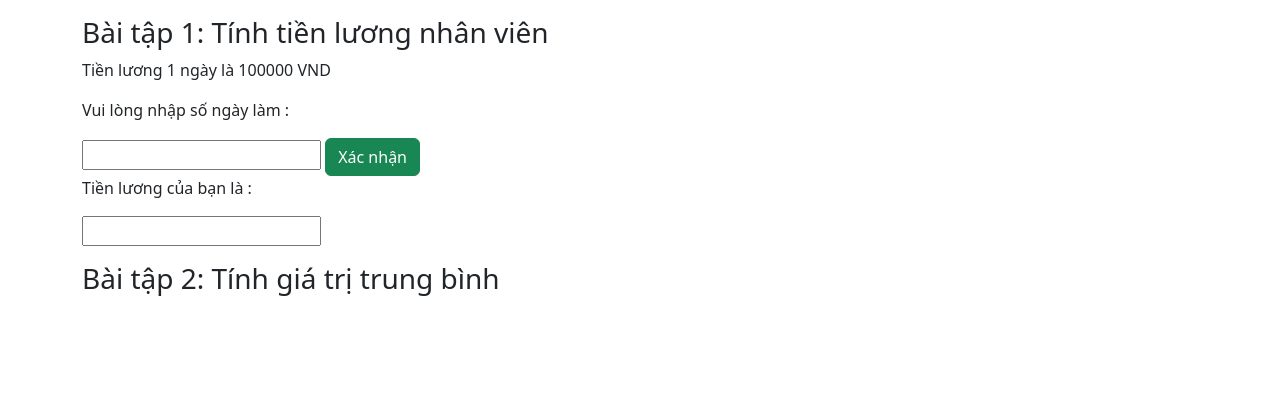
Repository: hcozyph/TranHuuPhuoc_BC43_BT_JS_Buoi2
Page: index.html
An editor plug-in stored every save of this project. The page is shown before and after the next save, followed by the edit.
The browser window is 1280 px wide. The pictures show the whole page.

Above is the page before, as saved 2023-01-21 21:32:05.

After the next save:
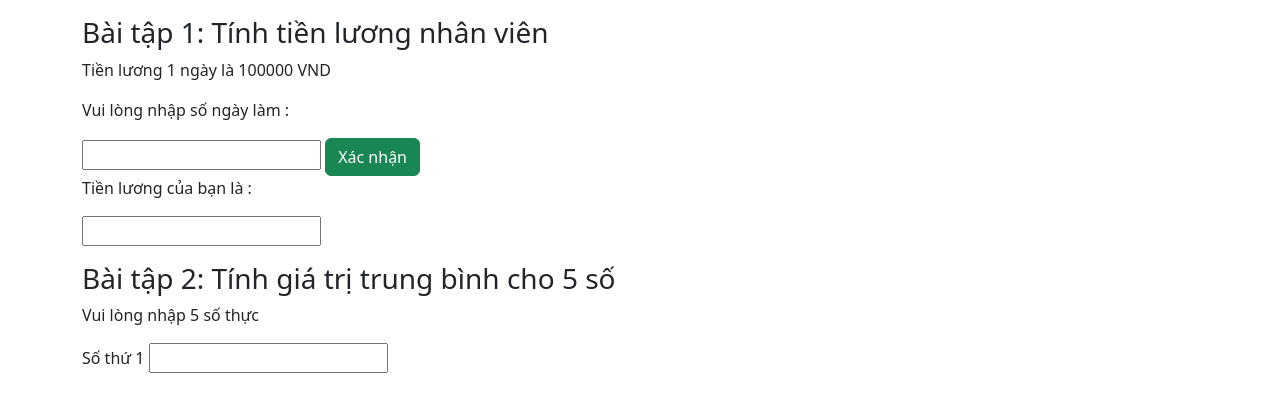
Saved 2 min 21 s later.
--- a/index.html
+++ b/index.html
@@ -49,7 +49,11 @@
             </div>
 
             <div class="BT2">
-                <h1 class="fs-3 mt-3">Bài tập 2: Tính giá trị trung bình</h1>
+                <h1 class="fs-3 mt-3">
+                    Bài tập 2: Tính giá trị trung bình cho 5 số
+                </h1>
+                <p>Vui lòng nhập 5 số thực</p>
+                <p>Số thứ 1 <input type="text" id="n1" /></p>
             </div>
         </div>
 
